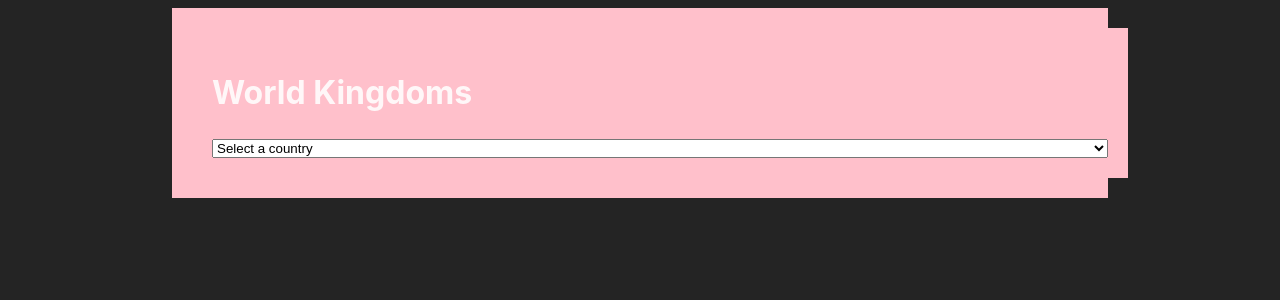
Repository: MonicaNguyenH/Lab-7_Frontend
Page: /countries
An editor plug-in stored every save of this project. The page is shown before and after the next save, followed by the edit.
The browser window is 1280 px wide. The pictures show the whole page.
The page's requests for data from a server got no answer. The project was rebuilt for these pictures with package versions that can differ from the ones it lists, and the page was loaded fresh each time. No one was signed in, and anything a server would have sent is missing. Also part of the build but not shown: vite.config.js, src/Details.jsx.

Above is the page before, as saved 2024-11-18 17:41:06.

After the next save:
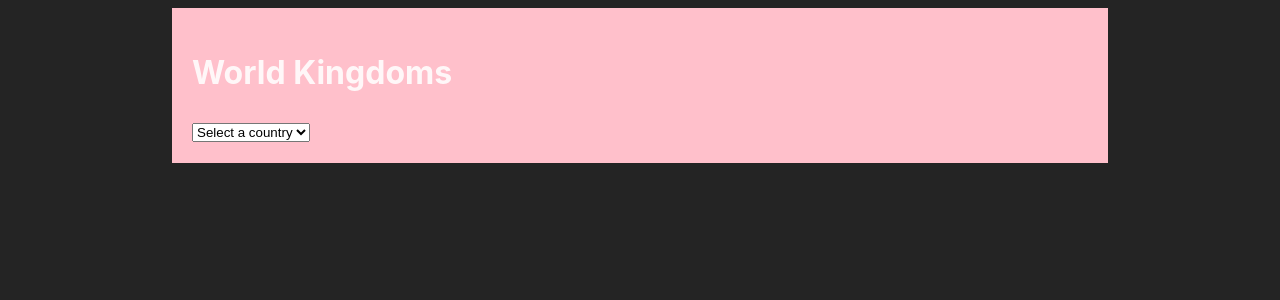
Saved 19 s later.
--- a/src/Contries.jsx
+++ b/src/Contries.jsx
@@ -34,7 +34,7 @@ export default function Countries() {
   };
 
   return (
-    <div className="container">
+    <div className="box">
       <h1 className="Title">World Kingdoms</h1>
       <select onChange={handleCountrySelect} value={selectedCountry?.cca2 || ""}>
         {/* Default option to navigate to /countries */}
